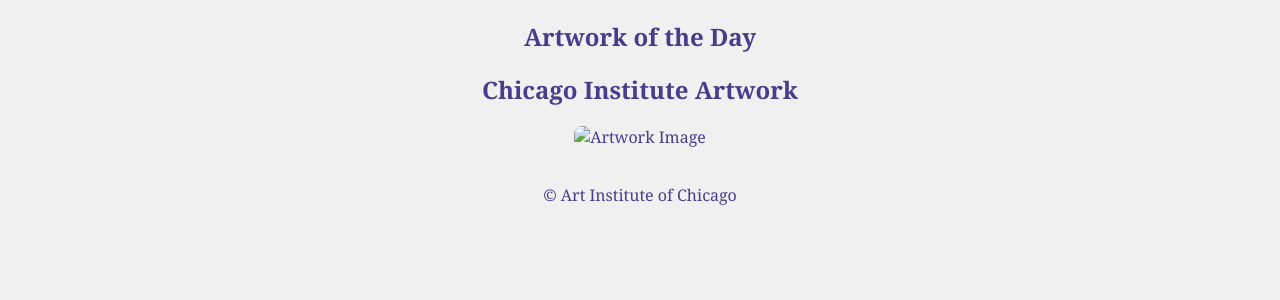
Repository: Bearandbird/amber-hinojos-API-project-haumea
Page: index.html
An editor plug-in stored every save of this project. The page is shown before and after the next save, followed by the edit.
The browser window is 1280 px wide. The pictures show the whole page.
The page's requests for data from a server got no answer.

Above is the page before, as saved 2024-05-25 08:13:40.

After the next save:
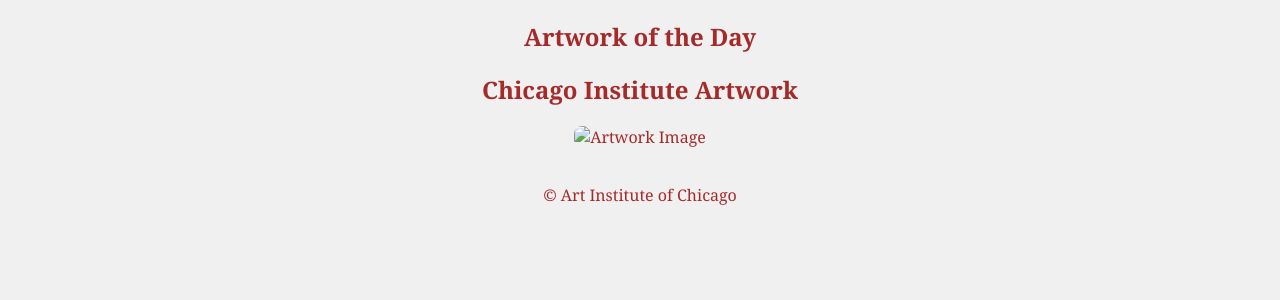
Saved 39 s later.
--- a/index.css
+++ b/index.css
@@ -1,7 +1,7 @@
 body {
     font-family: Cambria, Cochin, Georgia, Times, 'Times New Roman', serif;
     background-color: #f0f0f0;
-    color: darkslateblue;
+    color:brown;
     text-align: center;
   }
 
